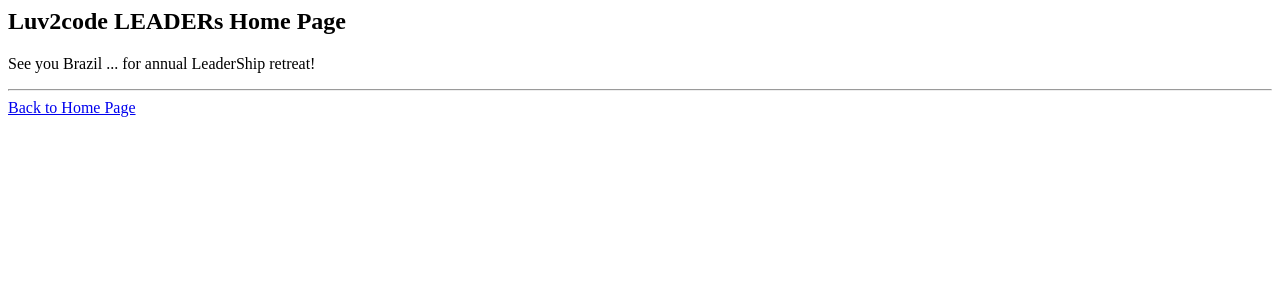
Repository: JT12s/Ecllipse-SpringPrcaticeProject
Page: http://localhost/spring-security-demo-07-user-roles/systems
The author's editor kept a copy of each file at every save. The page is drawn from the files as they stood at one save, then again after the next save.
The browser window is 1280 px wide. The pictures show the whole page.
The page is served by Tomcat 9.

Above is the page before, as saved 2022-08-07 00:46:16.

After the next save:
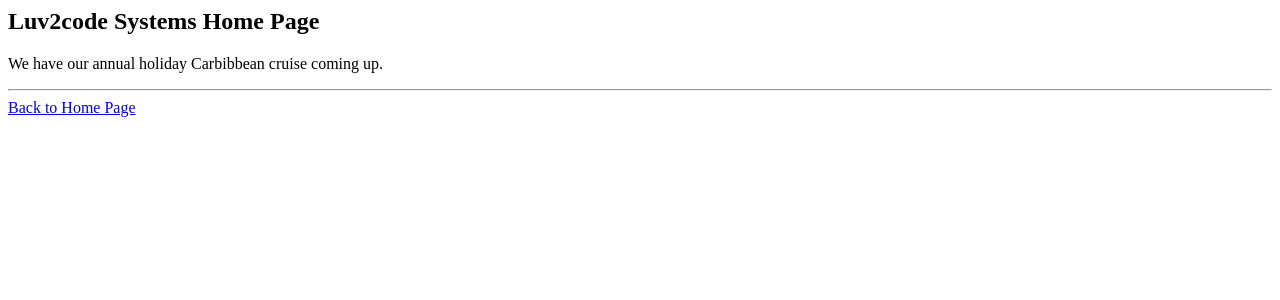
Saved 31 s later.
--- a/spring-security-demo-07-user-roles/src/main/webapp/WEB-INF/view/systems.jsp
+++ b/spring-security-demo-07-user-roles/src/main/webapp/WEB-INF/view/systems.jsp
@@ -5,10 +5,10 @@
 
 <body>
 
-<h2>Luv2code LEADERs Home Page</h2>
+<h2>Luv2code Systems Home Page</h2>
 
 <p>
-	See you Brazil ... for annual LeaderShip retreat!
+	We have our annual holiday Carbibbean cruise coming up.
 </p>
 
 <hr>
